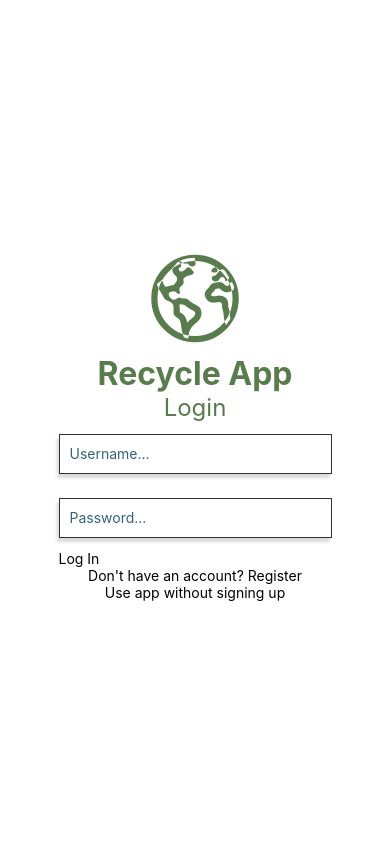
Repository: ct-pham/COMP4511
Screen: / (app in comp4511/)
These files come from the project's save history. The screen is drawn as it stood at one moment and after the next save; the edit follows.
The app was drawn by React Native's web renderer in a window 390 px wide. The project was rebuilt for these pictures with package versions that can differ from the ones it lists, and the page was loaded fresh each time.

Above is the screen before, as saved 2022-11-07 15:44:42.

### comp4511/App.js

// import { NavigationContainer } from 'react-navigation/native';
// import { createNativeStackNavigator } from 'react-navigation/native-stack';
import Login from './Components/Login';
//import Register from './Components/Register';

export default function App() {
  return (
    // <NavigationContainer>
    //   <Stack.Navigator initialRouteName="Home">
    //     <Stack.Screen name="Login" component={Login} />
    //     <Stack.Screen name="Register" component={Register} />
    //   </Stack.Navigator>
    // </NavigationContainer>
    <Login />
  );
}

### comp4511/Components/Login.js
import {
    StyleSheet,
    Text,
    View,
    TextInput,
    TouchableOpacity,
} from 'react-native';

import Icon from 'react-native-vector-icons/Ionicons';

export default function Login( {navigation}) {
    return (
        <View style={styles.container}>
            <View>
                <Icon
                    name = "earth-outline"
                    size = {100}
                    color = "#587C4B"
                />
            </View>

            <Text style = {styles.title}>Recycle App</Text>
            <Text style = {styles.subtitle}>Login</Text>
            <View style={styles.inputView}>
                <TextInput
                    style={styles.TextInput}
                    placeholder="Username..."
                    placeholderTextColor="#003f5c"
                />
            </View>

            <View style={styles.inputView}>
                <TextInput
                    style={styles.TextInput}
                    placeholder="Password..."
                    placeholderTextColor="#003f5c"
                    secureTextEntry={true}
                />
            </View>

            <TouchableOpacity style = {styles.button}>
                <Text style={styles.loginBtn}>Log In</Text>
            </TouchableOpacity>

            <TouchableOpacity
                onPress = {console.log('Register')}
            >
                <Text style={styles.loginBtn}>Don't have an account? Register</Text>
            </TouchableOpacity>

            <TouchableOpacity>
                <Text style={styles.loginBtn}>Use app without signing up</Text>
            </TouchableOpacity>

        </View>
    );
}

const styles = StyleSheet.create({
    container: {
        flex: 1,
        backgroundColor: '#ffffff',
        alignItems: 'center',
        justifyContent: 'center',
    },
    inputView: {
        backgroundColor: '#ffffff',
        borderWidth: 1,
        borderColor: '#000000',
        height: 40,
        width: '70%',
        margin: 12,
        borderWidth: 1,
        padding: 10,
        shadowColor: '#171717',
        shadowOffset: {width: -2, height: 4},
        shadowOpacity: 0.2,
        shadowRadius: 3,
        opacity: 0.8,
    },
    button: {
        width: '70%',
        borderRadius: 25,
    },
    title: {
        fontSize: 32,
        fontWeight: 'bold',
        color: '#587C4B',
    },
    subtitle: {
        fontSize: 24,
        fontWeight: 'semibold',
        color: '#587C4B',
    },
});

After the next save:
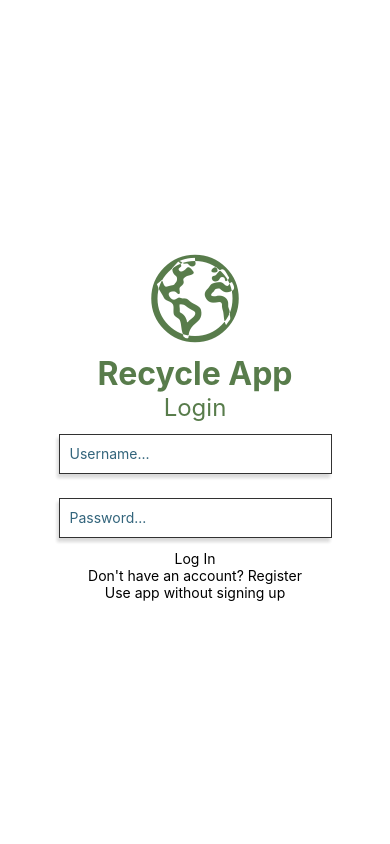
Saved 49 s later.
--- a/comp4511/Components/Login.js
+++ b/comp4511/Components/Login.js
@@ -38,7 +38,7 @@ export default function Login( {navigation}) {
                 />
             </View>
 
-            <TouchableOpacity style = {styles.button}>
+            <TouchableOpacity >
                 <Text style={styles.loginBtn}>Log In</Text>
             </TouchableOpacity>
 
